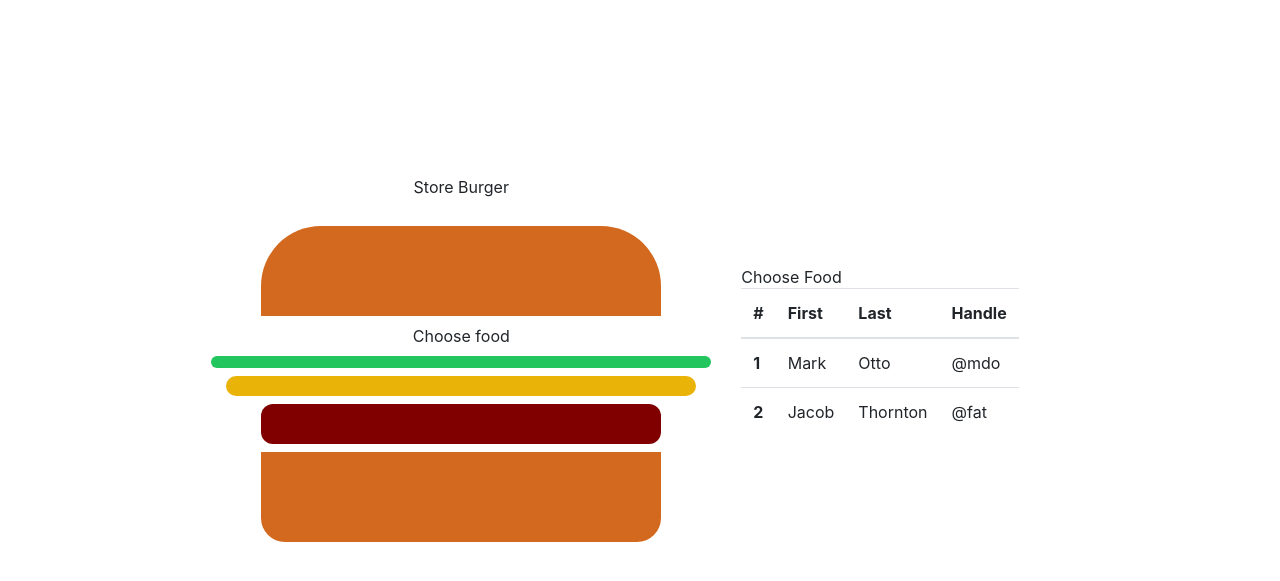
Repository: baobaodeveloper/bootcamp21_HuynhAnhBao_Burger
Page: /
The author's editor kept a copy of each file at every save. The page is drawn from the files as they stood at one save, then again after the next save.
The browser window is 1280 px wide. The pictures show the whole page.
The project was rebuilt for these pictures with package versions that can differ from the ones it lists, and the page was loaded fresh each time. Also part of the build but not shown: vite.config.js.

Above is the page before, as saved 2022-05-15 17:07:53.

After the next save:
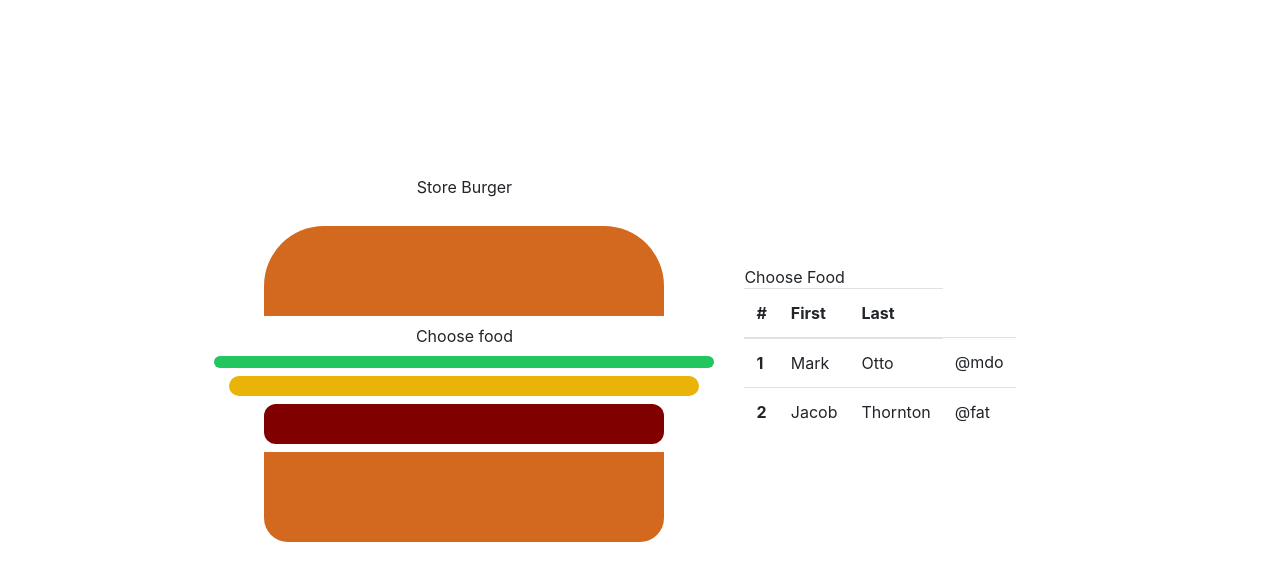
Saved 56 s later.
--- a/src/components/Burger.jsx
+++ b/src/components/Burger.jsx
@@ -26,7 +26,6 @@ export default function Burger() {
                 <th scope="col">#</th>
                 <th scope="col">First</th>
                 <th scope="col">Last</th>
-                <th scope="col">Handle</th>
               </tr>
             </thead>
             <tbody>
